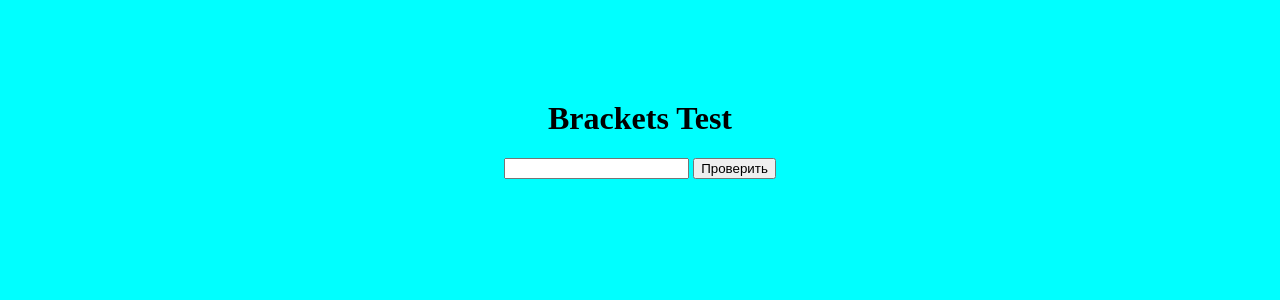
Repository: PGVlasov/braces
Page: index.html
These files come from the project's save history. The page is drawn as it stood at one moment and after the next save; the edit follows.
The browser window is 1280 px wide. The pictures show the whole page.

Above is the page before, as saved 2021-04-06 12:39:29.

### index.html
<body class="body">
  <h1>Brackets Test</h1>
  <link rel="stylesheet" type="text/css" href="style.css" />
  <form>
    <input
      type="text"
      class="myValidate"
      pattern="/^[\w ]+([.,!-?][\w ]*)?$/"
    />
    <button class="button-order">Проверить</button>
  </form>
</body>

### style.css
.body {
  background-color: aqua;
  text-align: center;
  margin-top: 100px;
}

After the next save:
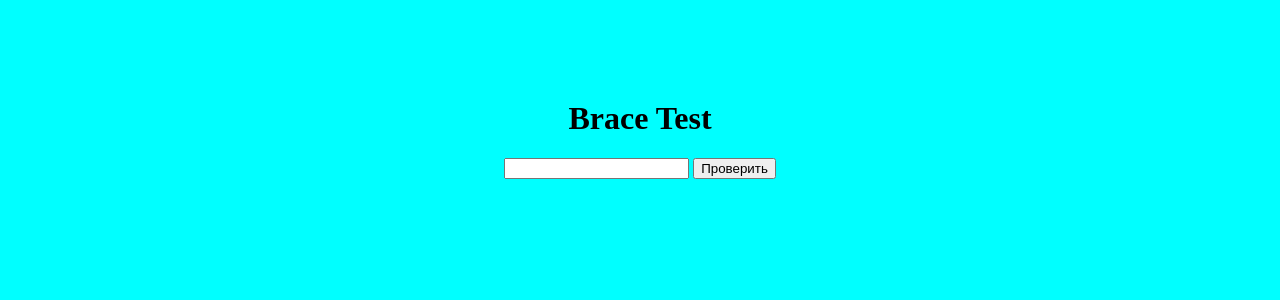
Saved 9 min 33 s later.
--- a/index.html
+++ b/index.html
@@ -1,5 +1,5 @@
 <body class="body">
-  <h1>Brackets Test</h1>
+  <h1>Brace Test</h1>
   <link rel="stylesheet" type="text/css" href="style.css" />
   <form>
     <input
